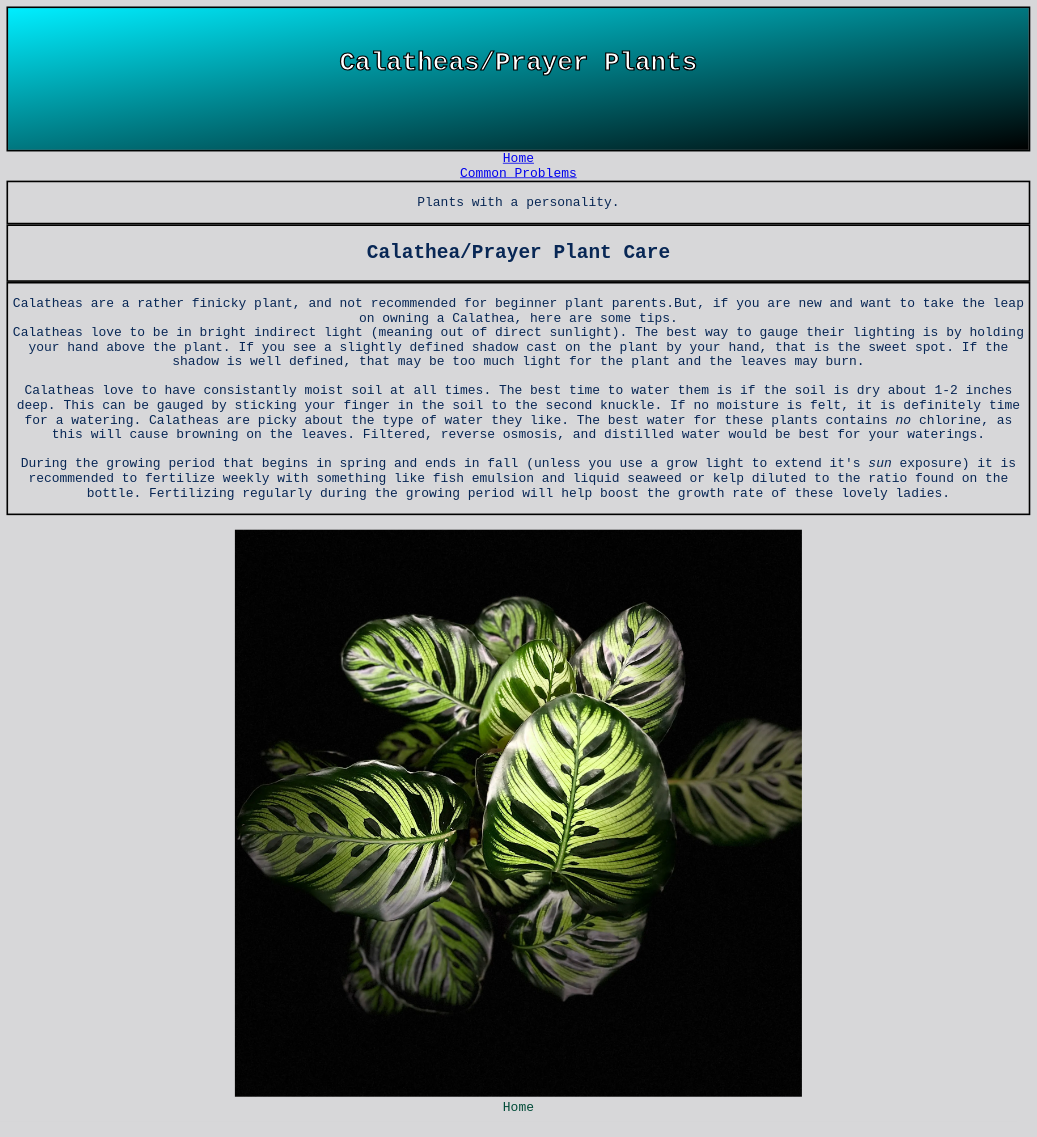
Repository: swillis91/odin-recipies
Page: Planty Page/calatheas.html
The author's editor kept a copy of each file at every save. The page is drawn from the files as they stood at one save, then again after the next save.
The browser window is 1280 px wide. The pictures show the whole page, at 81% of full size.

Above is the page before, as saved 2023-08-14 23:35:04.

### Planty Page/calatheas.html
<!DOCTYPE html>
    <html>
        <head>
            <title>Calatheas</title>
            <link href="style.css" rel="stylesheet"
        </head>
        <body>
            <h1 class="heading"><b>Calatheas/Prayer Plants</b></h1>
            <Nav><a href='./index.html'>Home</a></Nav>
            <nav><a href='./problems.html'>Common Problems</a></Nav>
            <div class="box">
              <p>Plants with a personality.</p>
            </div>
            <div class="box">
                <h2 class="species">Calathea/Prayer Plant Care</h2>
            </div>
            <div class="box">
                <p class="care">Calatheas are a rather finicky plant, and not recommended for beginner plant parents.But, if you are new and want to take the leap on owning a Calathea, here are some tips.
                <br>
                Calatheas love to be in bright indirect light (meaning out of direct sunlight). The best way to gauge their lighting is by holding your hand above the plant. If you see a slightly defined shadow cast on the plant by your hand, that is the sweet spot. If the shadow is well defined, that may be too much light for the plant and the leaves may burn.
                <br><br>
                Calatheas love to have consistantly moist soil at all times. The best time to water them is if the soil is dry about 1-2 inches deep. This can be gauged by sticking your finger in the soil to the second knuckle. If no moisture is felt, it is definitely time for a watering. Calatheas are picky about the type of water they like. The best water for these plants contains <em>no</em> chlorine, as this will cause browning on the leaves. Filtered, reverse osmosis, and distilled water would be best for your waterings.
                <br><br>
                During the growing period that begins in spring and ends in fall (unless you use a grow light to extend it's <i>sun</i> exposure) it is recommended to fertilize weekly with something like fish emulsion and liquid seaweed or kelp diluted to the ratio found on the bottle. Fertilizing regularly during the growing period will help boost the growth rate of these lovely ladies.</p>
            </div>
            <br>
                <img src="./Images/makoyana.webp" id="calathea makoyana" width="700px">
            <footer>
                <nav>
                    <a href="./index.html" class="navigation">Home</a>

                </nav>
            </footer>
        </body>
    </html>

### Planty Page/style.css
body{
    background-color: rgb(215, 215, 217);
    color:rgb(8, 39, 85);
    text-align: center;
    font-family: 'Permanent Marker', cursive;
    font-family: 'Space Mono', monospace;
}

.heading{
    color: rgb(0, 0, 0);
    -webkit-text-fill-color: rgb(255, 255, 255);
    -webkit-text-stroke-width: 1.5px;
    -webkit-text-stroke-color: rgb(0, 0, 0);
    text-transform: capitalize;
    border: 2px solid rgb(0, 3, 3);
    background-image: linear-gradient(to bottom right, rgb(0, 238, 255), black);
    height: 75px;
    margin: 0 auto;
    padding:50px 20px;

}

div.box{
    border:2px solid black;
    display: flex;
    margin-left: auto;
    flex-direction:column;
    align-content: center;
}

#calathea-makoyana{
    width: 500px;
    Height: auto:
}

.navigation{
    color:rgb(1, 75, 56);
    text-decoration: none;
}

a:hover{
    color: rgb(20, 220, 2);
    background-color: rgb(5, 55, 1);
}

After the next save:
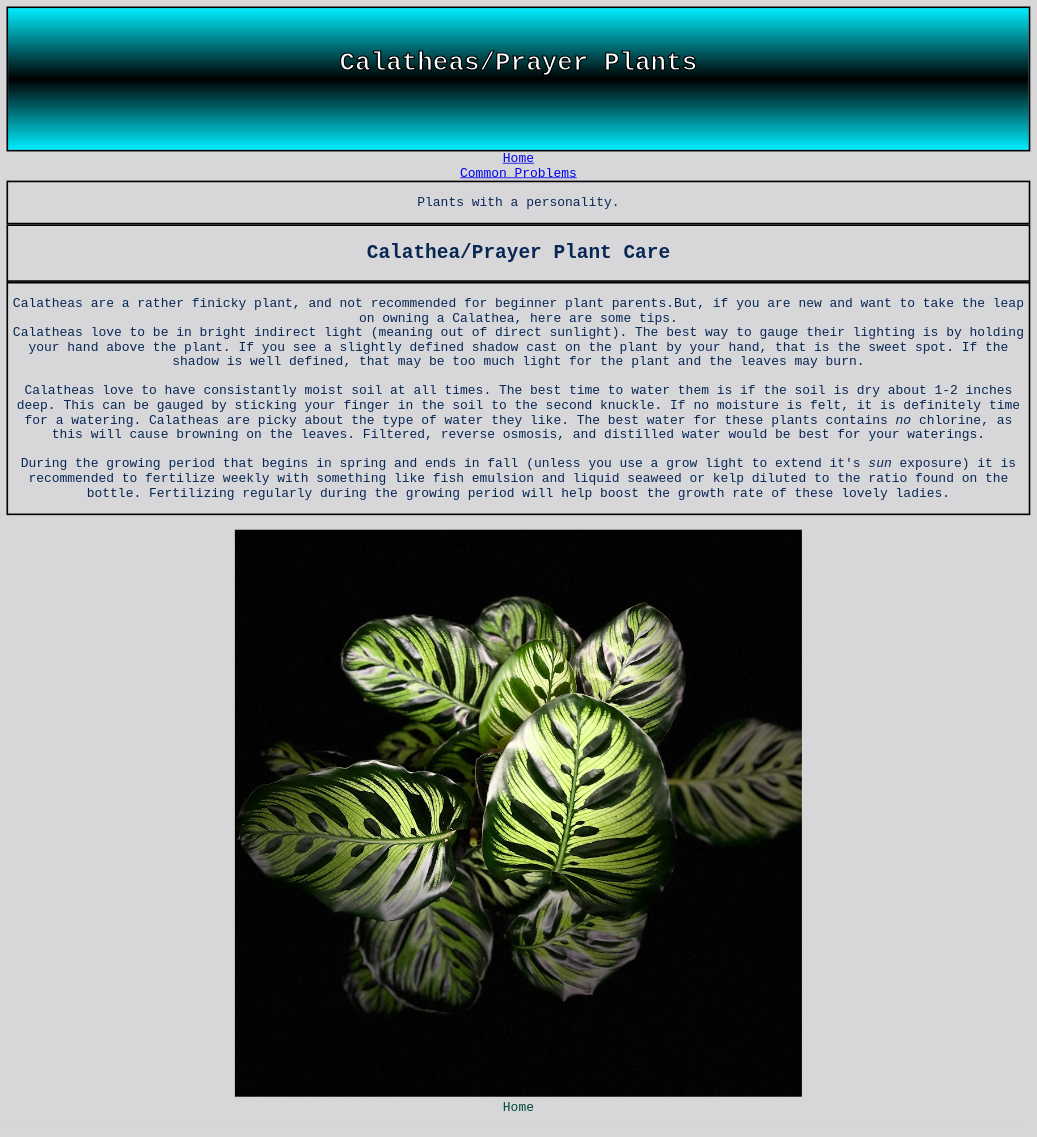
Saved 62 s later.
--- a/Planty Page/style.css
+++ b/Planty Page/style.css
@@ -13,7 +13,7 @@ body{
     -webkit-text-stroke-color: rgb(0, 0, 0);
     text-transform: capitalize;
     border: 2px solid rgb(0, 3, 3);
-    background-image: linear-gradient(to bottom right, rgb(0, 238, 255), black);
+    background-image: linear-gradient(rgb(0, 238, 255), black, rgb(0, 238, 255));
     height: 75px;
     margin: 0 auto;
     padding:50px 20px;
